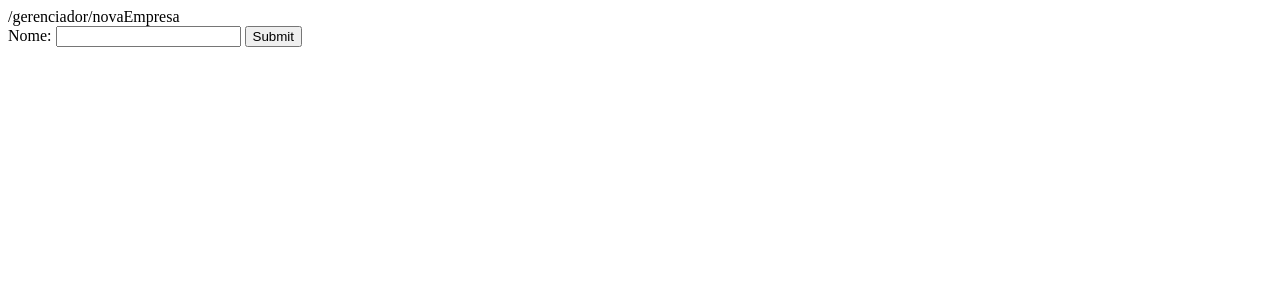
Repository: LucasEstrella/Spring-Boot-Alura-Servlet
Page: http://localhost/gerenciador/formNovaEmpresa.jsp
These files come from the project's save history. The page is drawn as it stood at one moment and after the next save; the edit follows.
The browser window is 1280 px wide. The pictures show the whole page.
The page is served by Tomcat 9. Other server files are loaded and not shown.

Above is the page before, as saved 2022-03-19 20:24:58.

### gerenciador/WebContent/formNovaEmpresa.jsp
<%@ taglib uri="http://java.sun.com/jsp/jstl/core" prefix="c" %>
<!DOCTYPE html>
<html>
<head>
<meta charset="ISO-8859-1">
<title>Insert title here</title>
</head>
<body>

<c:url value="/novaEmpresa"/>
	<form action="/gerenciador/novaEmpresa" method="post">

		Nome: <input type="text" name="nome"  />

		<input type="submit" />
	</form>

</body>
</html>

After the next save:
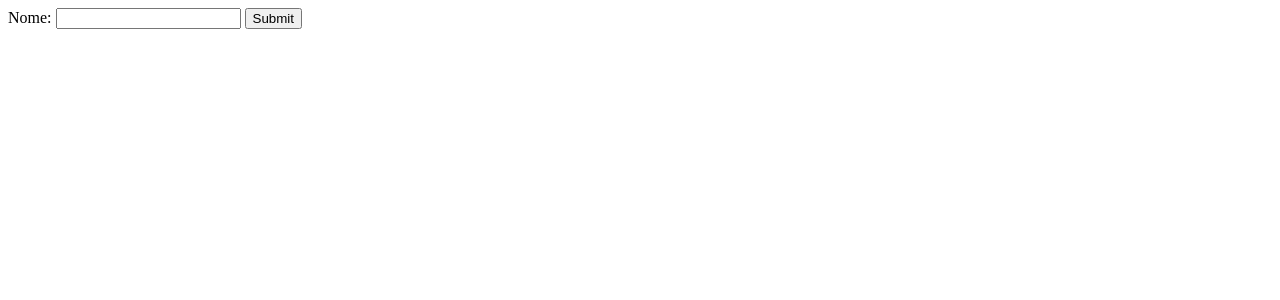
Saved 91 s later.
--- a/gerenciador/WebContent/formNovaEmpresa.jsp
+++ b/gerenciador/WebContent/formNovaEmpresa.jsp
@@ -7,8 +7,7 @@
 </head>
 <body>
 
-<c:url value="/novaEmpresa"/>
-	<form action="/gerenciador/novaEmpresa" method="post">
+	<form action="<c:url value="/novaEmpresa"/>" method="post">
 
 		Nome: <input type="text" name="nome"  />
 
